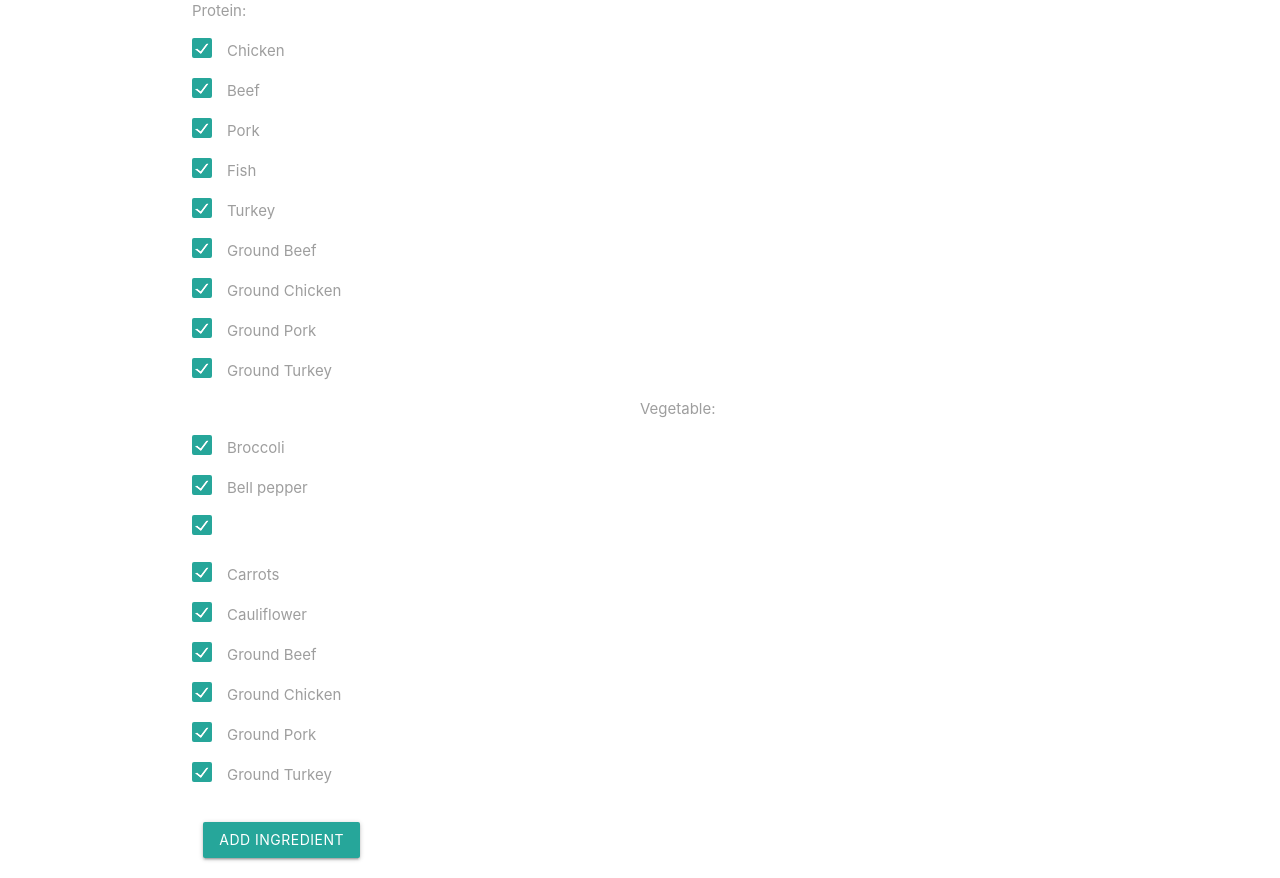
Repository: Aaron-R-Carter/Project1
Page: prototype.html
These files come from the project's save history. The page is drawn as it stood at one moment and after the next save; the edit follows.
The browser window is 1280 px wide. The pictures show the whole page.

Above is the page before, as saved 2019-10-31 23:36:22.
Console error: SyntaxError: Unexpected token '<'

After the next save:
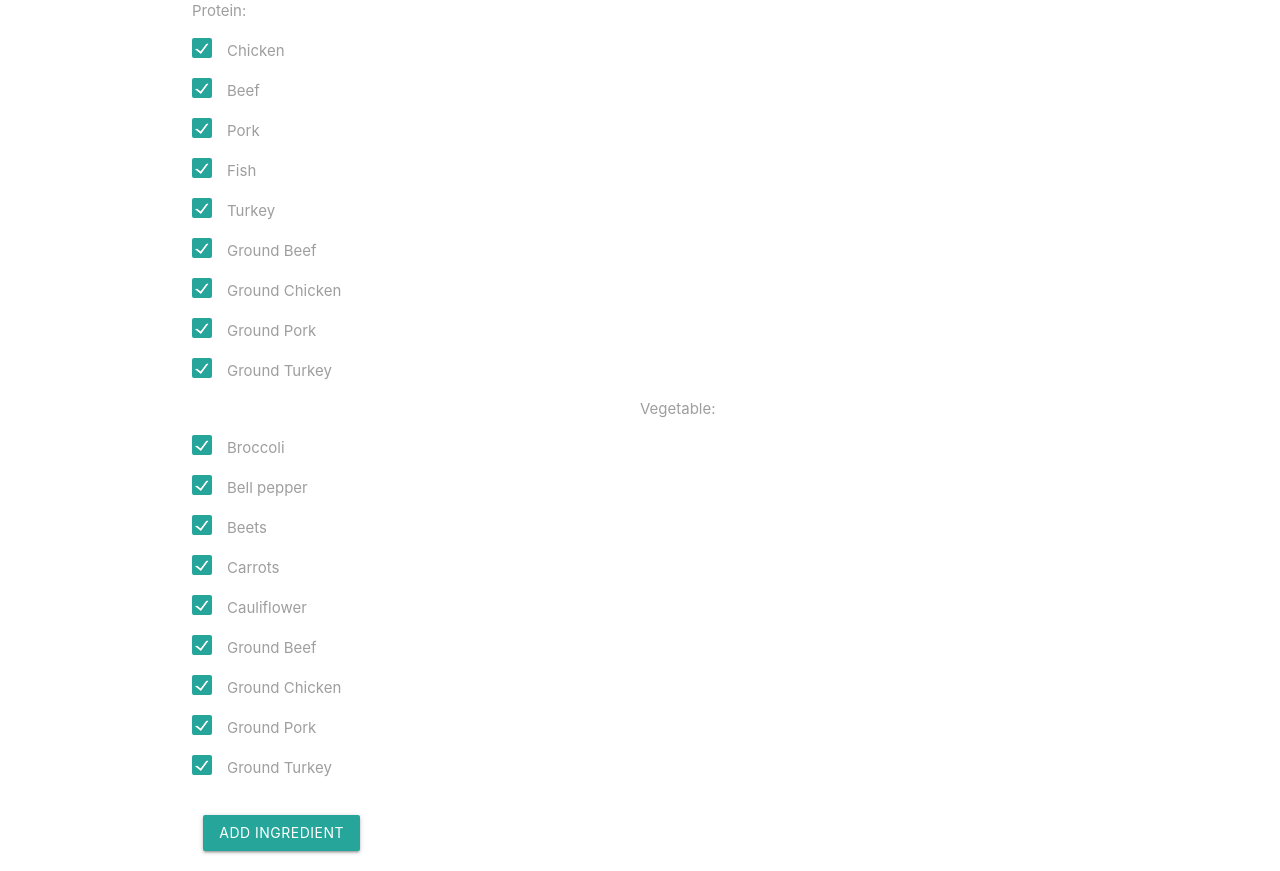
Saved 6 s later.
--- a/prototype.html
+++ b/prototype.html
@@ -94,7 +94,7 @@
                             <p>
                                 <label>
                                     <input type="checkbox" class="filled-in" checked="checked" />
-                                    <span></span>
+                                    <span>Beets</span>
                                 </label>
                             </p>
                             <p>
